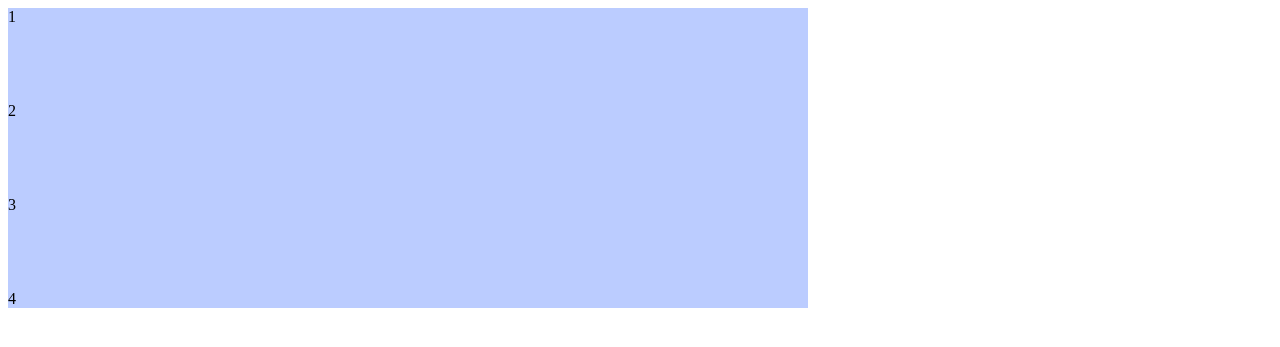
Repository: liutian97/learn1
Page: 移动端web开发/代码/2. Flex 伸缩布局/05-flex-wrap子元素是否换行.html
These files come from the project's save history. The page is drawn as it stood at one moment and after the next save; the edit follows.
The browser window is 1280 px wide. The pictures show the whole page.

Above is the page before, as saved 2022-07-02 16:50:54.

### 移动端web开发/代码/2. Flex 伸缩布局/05-flex-wrap子元素是否换行.html
<!DOCTYPE html>
<html lang="en">
<head>
  <meta charset="UTF-8">
  <meta http-equiv="X-UA-Compatible" content="IE=edge">
  <meta name="viewport" content="width=device-width, initial-scale=1.0">
  <title>Document</title>
  <style>
    div {
      width: 800px;
      height: 300px;
      background-color: #bcf;
      display: flex;
      /* (1) 设置 的主轴是 y 轴  */
      flex-direction: column;
      /* (2) justify-content: 设置主轴上子元素的排列方式 */
      /* justify-content: flex-start; */
      /* justify-content: flex-end; */
      /* justify-content: center; */
      /* 平分剩余空间  */
      /* justify-content: space-around; */
      /* 先两边贴边， 在分配剩余的空间 */
      justify-content: space-between;
    }
  </style>
</head>
<body>
  <div>
    <span>1</span>
    <span>2</span>
    <span>3</span>
    <span>4</span>
  </div>
</body>
</html>


<!-- <!DOCTYPE html>
<html lang="en">

<head>
    <meta charset="UTF-8">
    <meta name="viewport" content="width=device-width, initial-scale=1.0">
    <meta http-equiv="X-UA-Compatible" content="ie=edge">
    <title>Document</title>
    <style>
        div {
            display: flex;
            width: 600px;
            height: 400px;
            background-color: pink;
            /* flex布局中，默认的子元素是不换行的， 如果装不开，会缩小子元素的宽度，放到父元素里面  */
            /* flex-wrap: nowrap; */
            flex-wrap: wrap;
        }

        div span {
            width: 150px;
            height: 100px;
            background-color: purple;
            color: #fff;
            margin: 10px;
        }
    </style>
</head>

<body>
    <div>
        <span>1</span>
        <span>2</span>
        <span>3</span>
        <span>4</span>
        <span>5</span>
    </div>
</body>

</html> -->

After the next save:
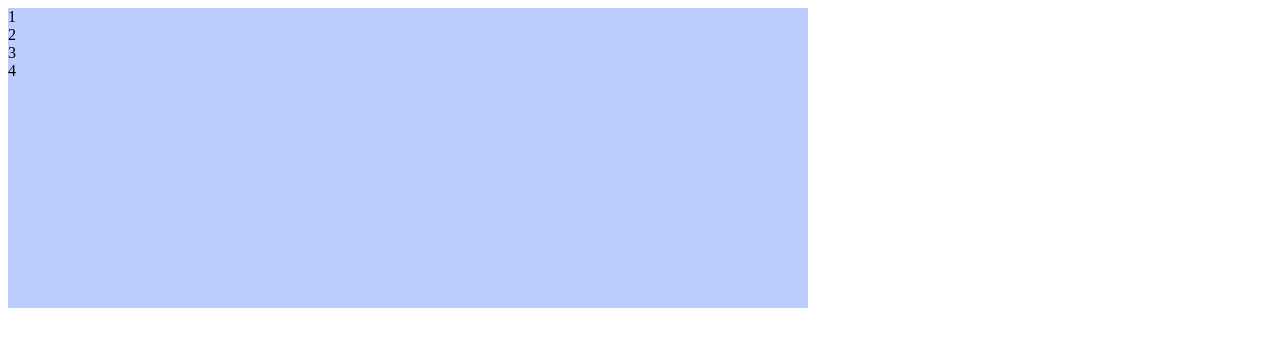
Saved 7 s later.
--- a/移动端web开发/代码/2. Flex 伸缩布局/05-flex-wrap子元素是否换行.html
+++ b/移动端web开发/代码/2. Flex 伸缩布局/05-flex-wrap子元素是否换行.html
@@ -13,14 +13,6 @@
       display: flex;
       /* (1) 设置 的主轴是 y 轴  */
       flex-direction: column;
-      /* (2) justify-content: 设置主轴上子元素的排列方式 */
-      /* justify-content: flex-start; */
-      /* justify-content: flex-end; */
-      /* justify-content: center; */
-      /* 平分剩余空间  */
-      /* justify-content: space-around; */
-      /* 先两边贴边， 在分配剩余的空间 */
-      justify-content: space-between;
     }
   </style>
 </head>
